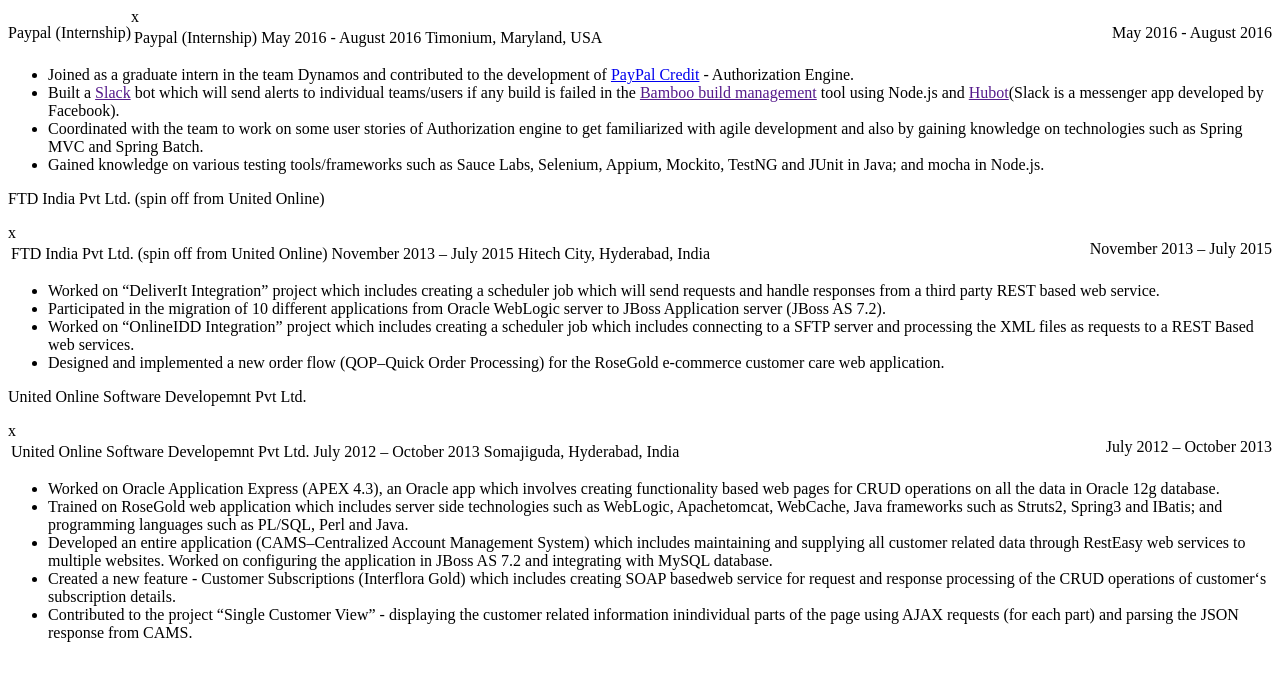
Repository: phanindrakannaji/Resume
Page: http://localhost/application/pages/experience.php
An editor plug-in stored every save of this project. The page is shown before and after the next save, followed by the edit.
The browser window is 1280 px wide. The pictures show the whole page.
The page is run by PHP 8.4 with error messages shown; the project is at /var/www/html/.

Above is the page before, as saved 2016-09-25 17:08:54.
Console error: ReferenceError: $ is not defined

### Resume/application/pages/experience.php
<script type="text/javascript"
	src="../resources/scripts/refreshScript.js"></script>
<div class="divExperience customfont2">
	<div class="divExperienceHeading">
		<p class="expHeading" style="float: left;">Paypal (Internship)</p>
		<p class="expHeadingContent" style="float: right;">May 2016 - August
			2016</p>
	</div>
	<div class="divExperienceWork modal">
		<div class="modal-content">
			<span class="close">x</span>
			<table>
				<tr>
					<td>Paypal (Internship)</td>
					<td>May 2016 - August 2016</td>
					<td>Timonium, Maryland, USA</td>
				</tr>
			</table>
			<ul>
				<li>Joined as a graduate intern in the team Dynamos and contributed
					to the development of <a
					href="https://en.wikipedia.org/wiki/PayPal_Credit" target="blank">PayPal
						Credit</a> - Authorization Engine.
				</li>
				<li>Built a <a href="" target="blank">Slack</a> bot which will send
					alerts to individual teams/users if any build is failed in the <a
					href="" target="blank">Bamboo build management</a> tool using
					Node.js and <a href="" target="blank">Hubot</a>(Slack is a
					messenger app developed by Facebook).
				</li>
				<li>Coordinated with the team to work on some user stories of
					Authorization engine to get familiarized with agile development and
					also by gaining knowledge on technologies such as Spring MVC and
					Spring Batch.</li>
				<li>Gained knowledge on various testing tools/frameworks such as
					Sauce Labs, Selenium, Appium, Mockito, TestNG and JUnit in Java;
					and mocha in Node.js.</li>
			</ul>
		</div>
	</div>
</div>

<div class="divExperience customfont2">
	<div class="divExperienceHeading">
		<p class="expHeading">FTD India Pvt Ltd. (spin off from United Online)</p>
		<p class="expHeadingContent" style="float: right;">November 2013 –
			July 2015</p>
	</div>
	<div class="divExperienceWork modal">
		<div class="modal-content">
			<span class="close">x</span>
			<table>
				<tr>
					<td>FTD India Pvt Ltd. (spin off from United Online)</td>
					<td>November 2013 – July 2015</td>
					<td>Hitech City, Hyderabad, India</td>
				</tr>
			</table>


			<ul>
				<li>Worked on “DeliverIt Integration” project which includes
					creating a scheduler job which will send requests and handle
					responses from a third party REST based web service.</li>
				<li>Participated in the migration of 10 different applications from
					Oracle WebLogic server to JBoss Application server (JBoss AS 7.2).</li>
				<li>Worked on “OnlineIDD Integration” project which includes
					creating a scheduler job which includes connecting to a SFTP server
					and processing the XML files as requests to a REST Based web
					services.</li>
				<li>Designed and implemented a new order flow (QOP–Quick Order
					Processing) for the RoseGold e-commerce customer care web
					application.</li>
			</ul>
		</div>
	</div>
</div>

<div class="divExperience customfont2">
	<div class="divExperienceHeading">
		<p class="expHeading">United Online Software Developemnt Pvt Ltd.</p>
		<p class="expHeadingContent" style="float: right;">July 2012 – October
			2013</p>
	</div>
	<div class="divExperienceWork modal">
		<div class="modal-content">
			<span class="close">x</span>
			<table>
				<tr>
					<td>United Online Software Developemnt Pvt Ltd.</td>
					<td>July 2012 – October 2013</td>
					<td>Somajiguda, Hyderabad, India</td>
				</tr>
			</table>
			<ul>
				<li>Worked on Oracle Application Express (APEX 4.3), an Oracle app
					which involves creating functionality based web pages for CRUD
					operations on all the data in Oracle 12g database.</li>
				<li>Trained on RoseGold web application which includes server side
					technologies such as WebLogic, Apachetomcat, WebCache, Java
					frameworks such as Struts2, Spring3 and IBatis; and programming
					languages such as PL/SQL, Perl and Java.</li>
				<li>Developed an entire application (CAMS–Centralized Account
					Management System) which includes maintaining and supplying all
					customer related data through RestEasy web services to multiple
					websites. Worked on configuring the application in JBoss AS 7.2 and
					integrating with MySQL database.</li>
				<li>Created a new feature - Customer Subscriptions (Interflora Gold)
					which includes creating SOAP basedweb service for request and
					response processing of the CRUD operations of customer‘s
					subscription details.</li>
				<li>Contributed to the project “Single Customer View” - displaying
					the customer related information inindividual parts of the page
					using AJAX requests (for each part) and parsing the JSON response
					from CAMS.</li>
			</ul>
		</div>
	</div>
</div>
<script type="text/javascript" src="../resources/scripts/experience.js"></script>

### Resume/resources/scripts/refreshScript.js
$(document).ready(function(){
	$("#commandInput").keypress(function(e){
		keypressInBox(e);
	});
	$("#commandInput").focus();
})

### Resume/resources/scripts/experience.js
$(document).ready(function(){
	$('.divExperienceHeading').click(function(){
		$(this).parent().children().last().css("display", "block");
	});
	var span = $(".close")[0];
	$(".close").click(function() {
	    $(this).parent().parent().css("display", "none");
	});
});

After the next save:
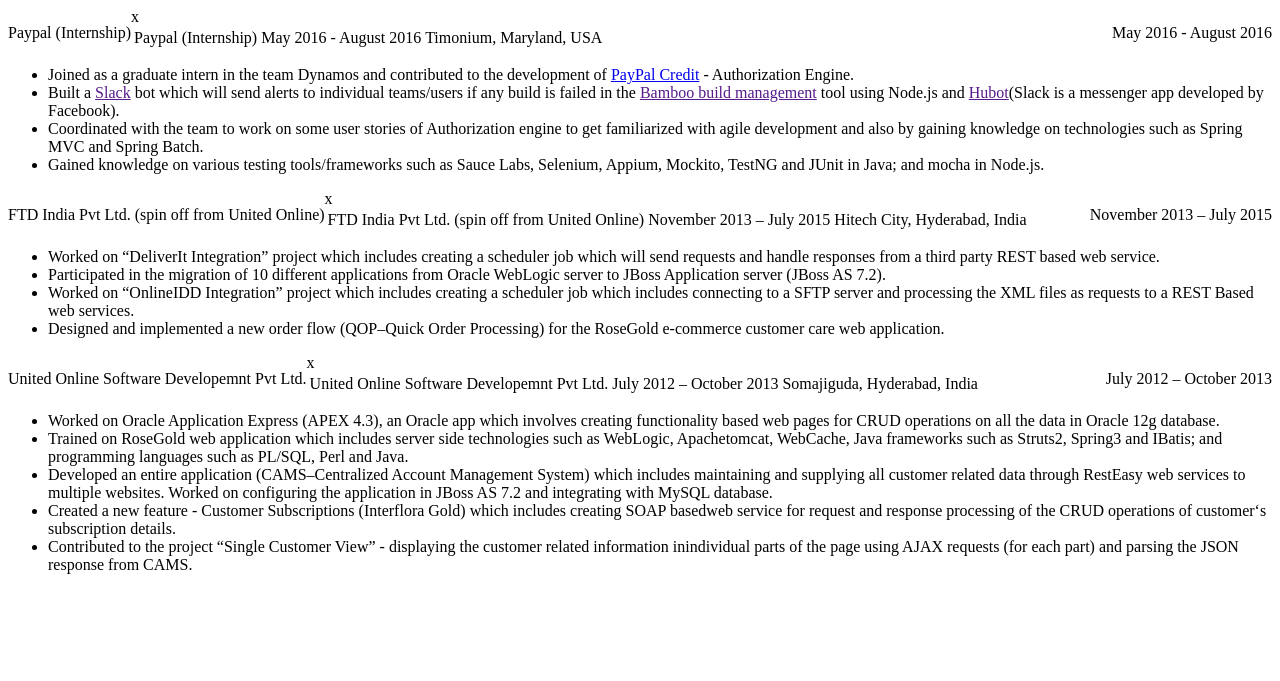
Saved 16 s later.
--- a/Resume/application/pages/experience.php
+++ b/Resume/application/pages/experience.php
@@ -42,7 +42,7 @@
 
 <div class="divExperience customfont2">
 	<div class="divExperienceHeading">
-		<p class="expHeading">FTD India Pvt Ltd. (spin off from United Online)</p>
+		<p class="expHeading" style="float: left;">FTD India Pvt Ltd. (spin off from United Online)</p>
 		<p class="expHeadingContent" style="float: right;">November 2013 –
 			July 2015</p>
 	</div>
@@ -78,7 +78,7 @@
 
 <div class="divExperience customfont2">
 	<div class="divExperienceHeading">
-		<p class="expHeading">United Online Software Developemnt Pvt Ltd.</p>
+		<p class="expHeading" style="float: left;">United Online Software Developemnt Pvt Ltd.</p>
 		<p class="expHeadingContent" style="float: right;">July 2012 – October
 			2013</p>
 	</div>
